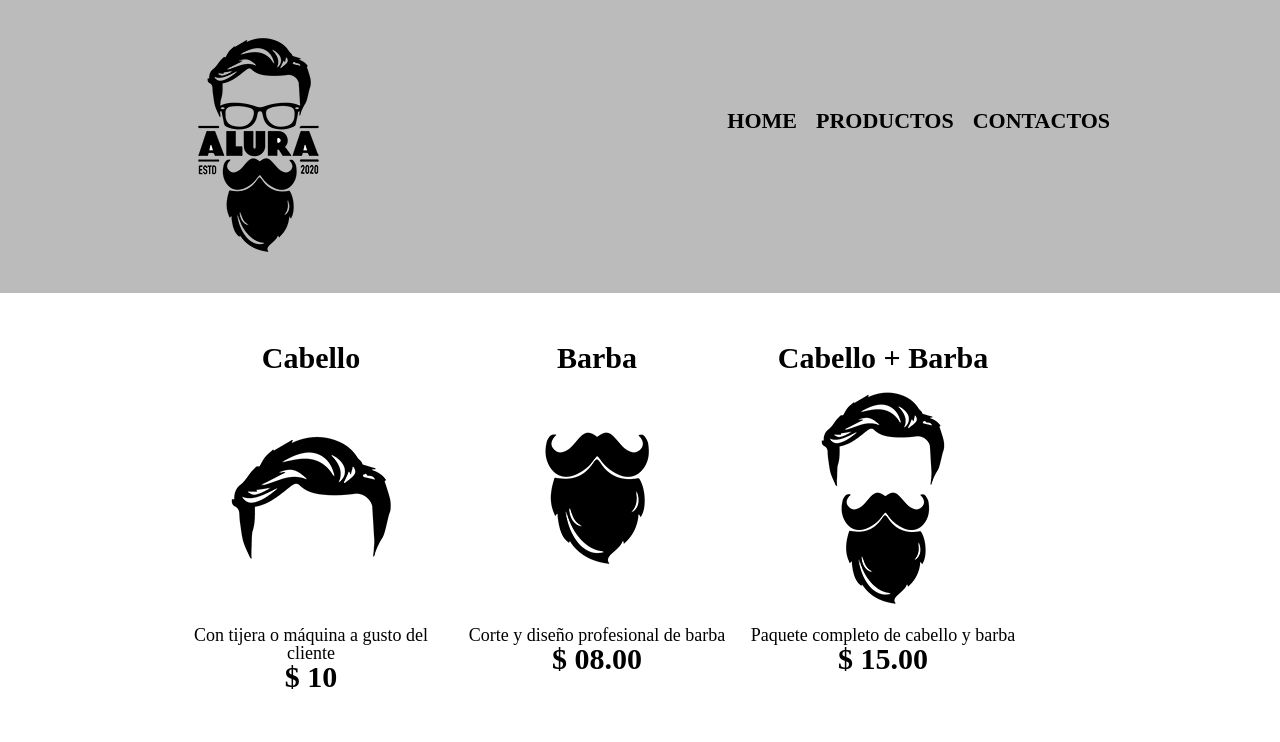
Repository: Ciromontes/Barber-a
Page: productos.html
These files come from the project's save history. The page is drawn as it stood at one moment and after the next save; the edit follows.
The browser window is 1280 px wide. The pictures show the whole page.

Above is the page before, as saved 2022-12-23 20:28:58.

### productos.html
<!DOCTYPE html>
<html>
    <head>
        <meta http-equiv="Content-Type" content="text/html;charset=UTF-8">
        <title>Productos - Barbería Alura</title>
        <link rel="stylesheet" href="reset.css">
        <link rel="stylesheet" href="productos.css">
    </head>

    <body>
        <header>
            <div class="caja">
                <h1><img src="logos/logo.png"></h1>
            <nav>
                <ul>
                    <li><a href="index.html">Home</a></li>
                    <li><a href="productos.html">Productos</a></li>
                    <li><a href="Contacto.html">Contactos</a></li>

                </ul>

            </nav>

            </div>

        </header>
        <main>
            <ul class="productos">
                <li>
                    <h2>Cabello</h2>
                    <img src="logos/cabello.jpg" alt="">
                    <p class="producto-descripcion">Con tijera o máquina a gusto del cliente</p>
                    <p class="producto-precio">$ 10</p>

                </li>
                <li>
                    <h2>Barba</h2>
                    <img src="logos/barba.jpg" alt="">
                    <p class="producto-descripcion">Corte y diseño profesional de barba</p>
                    <p class="producto-precio">$ 08.00</p>

                </li>
                <li>
                    <h2>Cabello + Barba</h2>
                    <img src="logos/cabello+barba.jpg" alt="">
                    <p class="producto-descripcion">Paquete completo de cabello y barba</p>
                    <p class="producto-precio">$ 15.00</p>

                </li>
            </ul>



        </main>

    </body>
</html>

### productos.css
header{
    background-color: #BBBBBB;
}
.caja{
    width: 940px;
    position: relative;
    margin: 0 auto;
    padding: 20px 0;
}

nav li{
    display:inline;
    margin: 0 0 0 15px;

}
nav{
    position: absolute;
    top: 110px;
    right: 0;
}

nav a{
    text-transform: uppercase;
    color:#000000;
    font-weight: bold;
    font-size: 22px;
    text-decoration: navajowhite;


}

.productos{
    width: 940px;
    margin: 0 auto;
    padding: 50px;
}

.productos li{
    display: inline-block;
    width: 30%;
    vertical-align: top;
    text-align: center;

}

.productos h2{
    text-align: center;
    font-size: 30px;
    font-weight: bold;
}

.producto-descripcion{
    font-size: 18px;

}
.producto-precio{
    font-size: 30px;
    font-weight: bold;
}

Loaded but not shown: reset.css (common file)

After the next save:
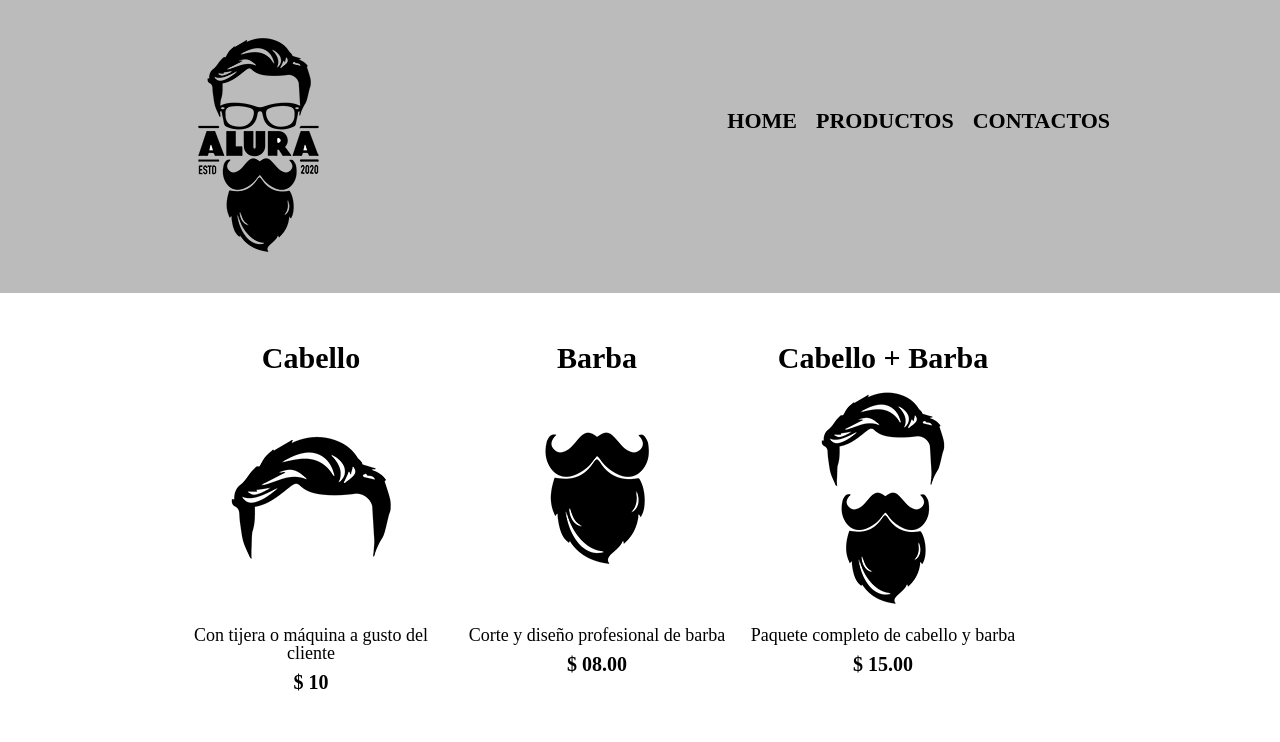
Saved 3 min 41 s later.
--- a/productos.css
+++ b/productos.css
@@ -54,6 +54,7 @@
 
 }
 .producto-precio{
-    font-size: 30px;
+    font-size: 20px;
     font-weight: bold;
+    margin-top: 10px;
 }
